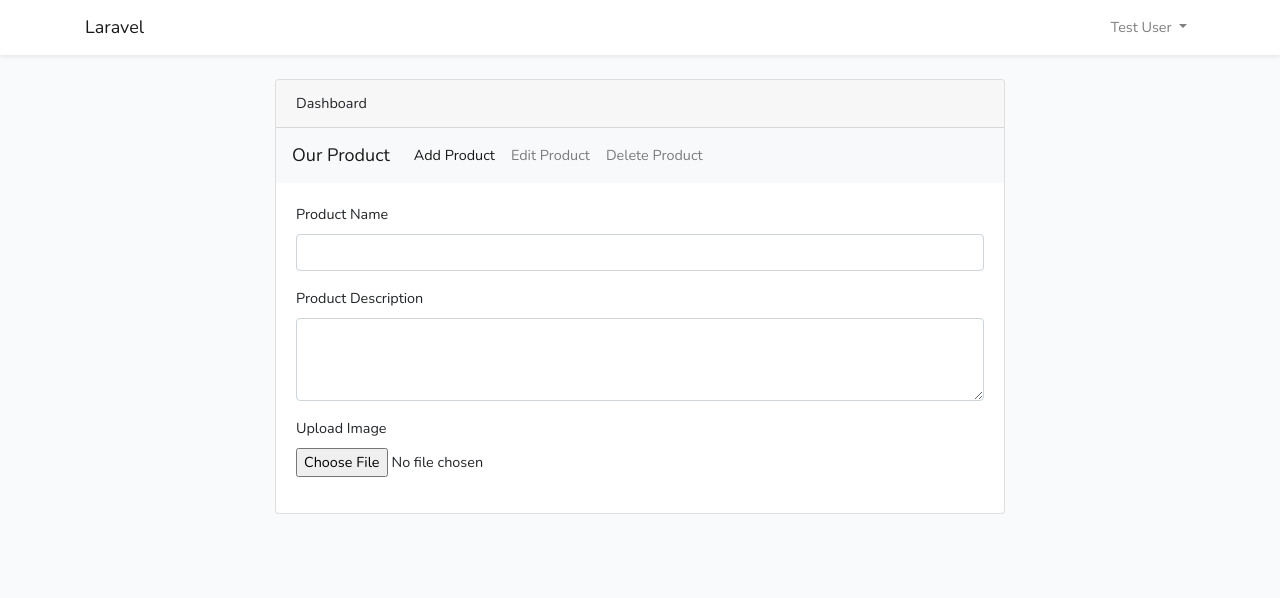
Repository: Fateen980/Tawfiq
Page: http://localhost/addProduct
The author's editor kept a copy of each file at every save. The page is drawn from the files as they stood at one save, then again after the next save.
The browser window is 1280 px wide. The pictures show the whole page.
The page is served by the project's Laravel application, run on PHP 8.4 with Laravel 8. A made-up administrator, Test User (test@example.com), is signed in. Other server files are loaded and not shown.

Above is the page before, as saved 2020-09-17 08:18:35.

### routes/web.php
<?php

use Illuminate\Support\Facades\Route;

/*
|--------------------------------------------------------------------------
| Web Routes
|--------------------------------------------------------------------------
|
| Here is where you can register web routes for your application. These
| routes are loaded by the RouteServiceProvider within a group which
| contains the "web" middleware group. Now create something great!
|
*/

Route::get('/', function () {
    return view('welcome');
});




Auth::routes();

Route::get('/home', 'HomeController@index')->name('home');

Auth::routes();

Route::get('/addProduct', 'HomeController@addProduct')->name('addProduct');


Auth::routes();

Route::get('/editProduct', 'HomeController@editProduct')->name('editProduct');

Auth::routes();

Route::get('/deleteProduct', 'HomeController@deleteProduct')->name('deleteProduct');

### app/Http/Controllers/HomeController.php
<?php

namespace App\Http\Controllers;

use Illuminate\Http\Request;

class HomeController extends Controller
{
    /**
     * Create a new controller instance.
     *
     * @return void
     */
    public function __construct()
    {
        $this->middleware('auth');
    }

    /**
     * Show the application dashboard.
     *
     * @return \Illuminate\Contracts\Support\Renderable
     */
    public function index()
    {
        return view('home');
    }

    public function addProduct(){

        return view('addProduct');

    }


    public function editProduct(){

        return view('editProduct');

    }

    public function deleteProduct(){

        return view('deleteProduct');

    }


}

### resources/views/addProduct.blade.php
@extends('layouts.app')

@section('content')
<div class="container">
    <div class="row justify-content-center">
        <div class="col-md-8">
            <div class="card">
                <div class="card-header">{{ __('Dashboard') }}</div>


<nav class="navbar navbar-expand-lg navbar-light bg-light">
  <a class="navbar-brand" href="{{ url('/home') }}">Our Product</a>
  <button class="navbar-toggler" type="button" data-toggle="collapse" data-target="#navbarNav" aria-controls="navbarNav" aria-expanded="false" aria-label="Toggle navigation">
    <span class="navbar-toggler-icon"></span>
  </button>
  <div class="collapse navbar-collapse" id="navbarNav">
    <ul class="navbar-nav">
      <li class="nav-item active">
        <a class="nav-link" href="{{ url('/addProduct') }}">Add Product <span class="sr-only">(current)</span></a>
      </li>
      <li class="nav-item">
        <a class="nav-link" href="{{ url('/editProduct') }}">Edit Product</a>
      </li>
      <li class="nav-item">
        <a class="nav-link" href="{{ url('/deleteProduct') }}">Delete Product</a>
      </li>
    </ul>
  </div>
</nav>



                <div class="card-body">
                    @if (session('status'))
                        <div class="alert alert-success" role="alert">
                            {{ session('status') }}
                        </div>
                    @endif


  <form>
  <div class="form-group">
    <label for="productName">Product Name</label>
    <input type="productName" class="form-control" id="productName" >
  </div>


  <div class="form-group">
    <label for="productDesc">Product Description</label>
    <textarea name="productDesc" class="form-control" id="productDesc" rows="3"></textarea>
  </div>


  <div class="form-group">
    <label for="file">Upload Image</label>
    <input name="file" type="file" class="form-control-file" id="file">
  </div>


</form>



                </div>
            </div>
        </div>
    </div>
</div>
@endsection

### resources/views/layouts/app.blade.php
<!doctype html>
<html lang="{{ str_replace('_', '-', app()->getLocale()) }}">
<head>
    <meta charset="utf-8">
    <meta name="viewport" content="width=device-width, initial-scale=1">

    <!-- CSRF Token -->
    <meta name="csrf-token" content="{{ csrf_token() }}">

    <title>{{ config('app.name', 'Product') }}</title>

    <!-- Scripts -->
    <script src="{{ asset('js/app.js') }}" defer></script>

    <!-- Fonts -->
    <link rel="dns-prefetch" href="//fonts.gstatic.com">
    <link href="https://fonts.googleapis.com/css?family=Nunito" rel="stylesheet">

    <!-- Styles -->
    <link href="{{ asset('css/app.css') }}" rel="stylesheet">
</head>
<body>
    <div id="app">
        <nav class="navbar navbar-expand-md navbar-light bg-white shadow-sm">
            <div class="container">
                <a class="navbar-brand" href="{{ url('/') }}">
                    {{ config('app.name', 'Product') }}
                </a>
                <button class="navbar-toggler" type="button" data-toggle="collapse" data-target="#navbarSupportedContent" aria-controls="navbarSupportedContent" aria-expanded="false" aria-label="{{ __('Toggle navigation') }}">
                    <span class="navbar-toggler-icon"></span>
                </button>

                <div class="collapse navbar-collapse" id="navbarSupportedContent">
                    <!-- Left Side Of Navbar -->
                    <ul class="navbar-nav mr-auto">

                    </ul>

                    <!-- Right Side Of Navbar -->
                    <ul class="navbar-nav ml-auto">
                        <!-- Authentication Links -->
                        @guest
                            <li class="nav-item">
                                <a class="nav-link" href="{{ route('login') }}">{{ __('Login') }}</a>
                            </li>
                            @if (Route::has('register'))
                                <li class="nav-item">
                                    <a class="nav-link" href="{{ route('register') }}">{{ __('Register') }}</a>
                                </li>
                            @endif
                        @else
                            <li class="nav-item dropdown">
                                <a id="navbarDropdown" class="nav-link dropdown-toggle" href="#" role="button" data-toggle="dropdown" aria-haspopup="true" aria-expanded="false" v-pre>
                                    {{ Auth::user()->name }}
                                </a>

                                <div class="dropdown-menu dropdown-menu-right" aria-labelledby="navbarDropdown">
                                    <a class="dropdown-item" href="{{ route('logout') }}"
                                       onclick="event.preventDefault();
                                                     document.getElementById('logout-form').submit();">
                                        {{ __('Logout') }}
                                    </a>

                                    <form id="logout-form" action="{{ route('logout') }}" method="POST" class="d-none">
                                        @csrf
                                    </form>
                                </div>
                            </li>
                        @endguest
                    </ul>
                </div>
            </div>
        </nav>

        <main class="py-4">
            @yield('content')
        </main>
    </div>
</body>
</html>

Loaded but not shown: app/Http/Controllers/Auth/LoginController.php (common file); app/Http/Controllers/Controller.php (common file); app/Http/Controllers/Auth/ConfirmPasswordController.php (common file); app/User.php (common file); public/css/app.css (library)

After the next save:
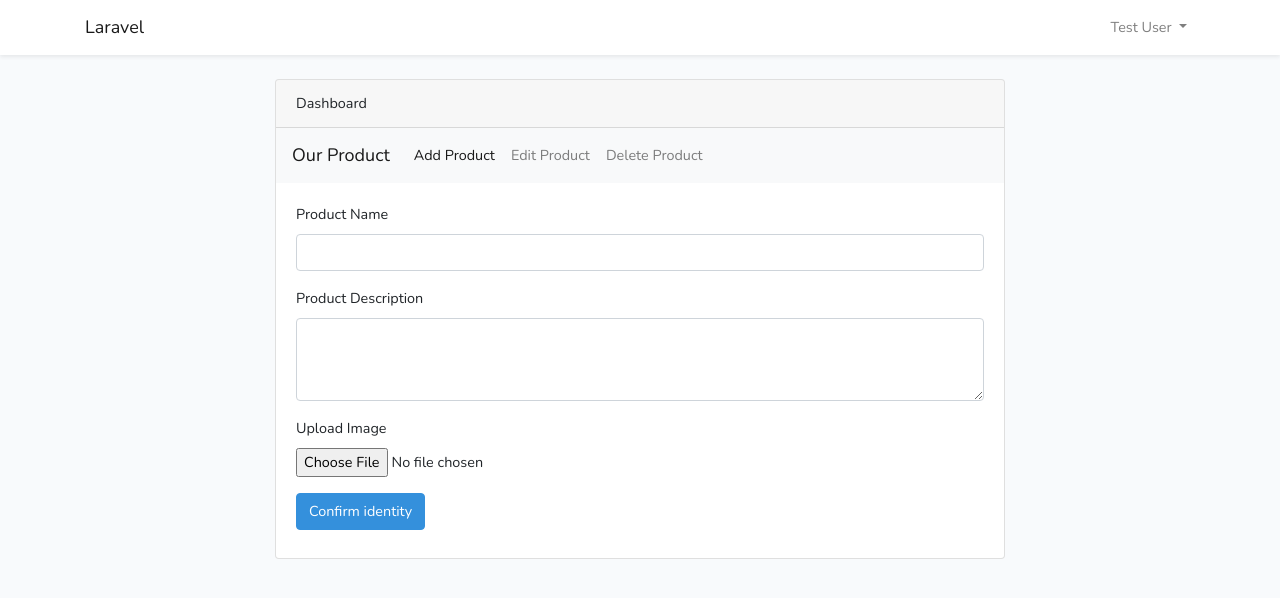
Saved 28 s later.
--- a/resources/views/addProduct.blade.php
+++ b/resources/views/addProduct.blade.php
@@ -57,6 +57,9 @@
   </div>
 
 
+  <button type="submit" class="btn btn-primary mb-2">Confirm identity</button>
+
+
 </form>
 
 
